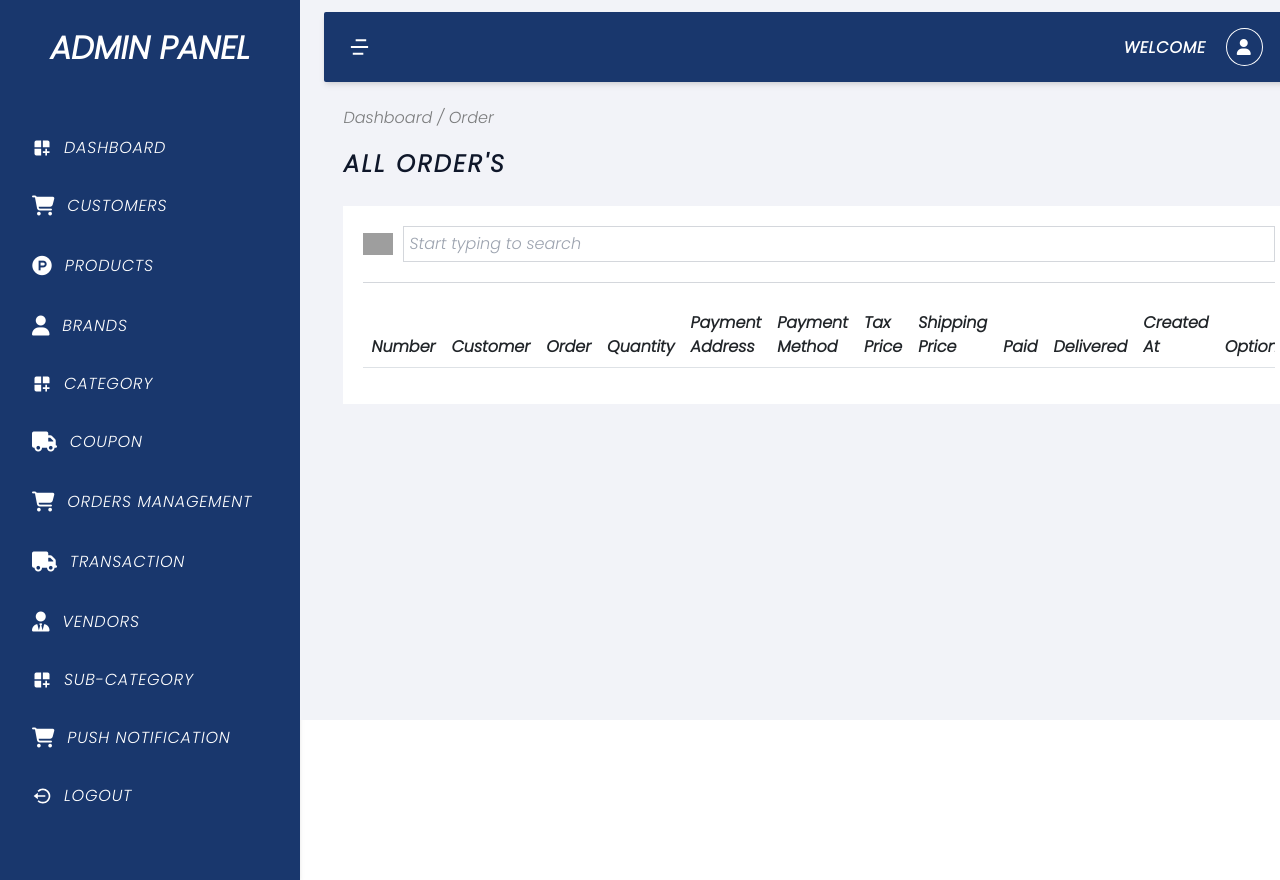
Repository: FlyweisReact/AnilAdminPanel
Page: /transation
The author's editor kept a copy of each file at every save. The page is drawn from the files as they stood at one save, then again after the next save.
The browser window is 1280 px wide. The pictures show the whole page.
Pictures or frames that could not be fetched are drawn as grey boxes. The page's requests for data from a server got no answer. Some web libraries are served in a nearby version. The project was rebuilt for these pictures with package versions that can differ from the ones it lists, and the page was loaded fresh each time. No one was signed in, and anything a server would have sent is missing. Also part of the build but not shown: src/E-CommerceAdmin/forms/Login.jsx, src/E-CommerceAdmin/pages/Dashboard.jsx, src/E-CommerceAdmin/pages/ECategory.js, src/E-CommerceAdmin/pages/EProduct.js, src/E-CommerceVendor/forms/EVendorLogin.jsx, src/E-CommerceAdmin/pages/EVendorList.js, src/E-CommerceAdmin/pages/EAdminOrders.js, src/E-CommerceAdmin/pages/EAdminProduct.js and 6 more. Imported but missing from the stored project, and not drawn on this page: src/E-CommerceVendor/pages/EVCategory, src/E-CommerceVendor/pages/EVDashboard, src/E-CommerceVendor/pages/EVOrders, src/E-CommerceVendor/pages/EVProduct, src/E-CommerceVendor/pages/EVSubCategory.

Above is the page before, as saved 2023-05-03 16:29:46.

After the next save:
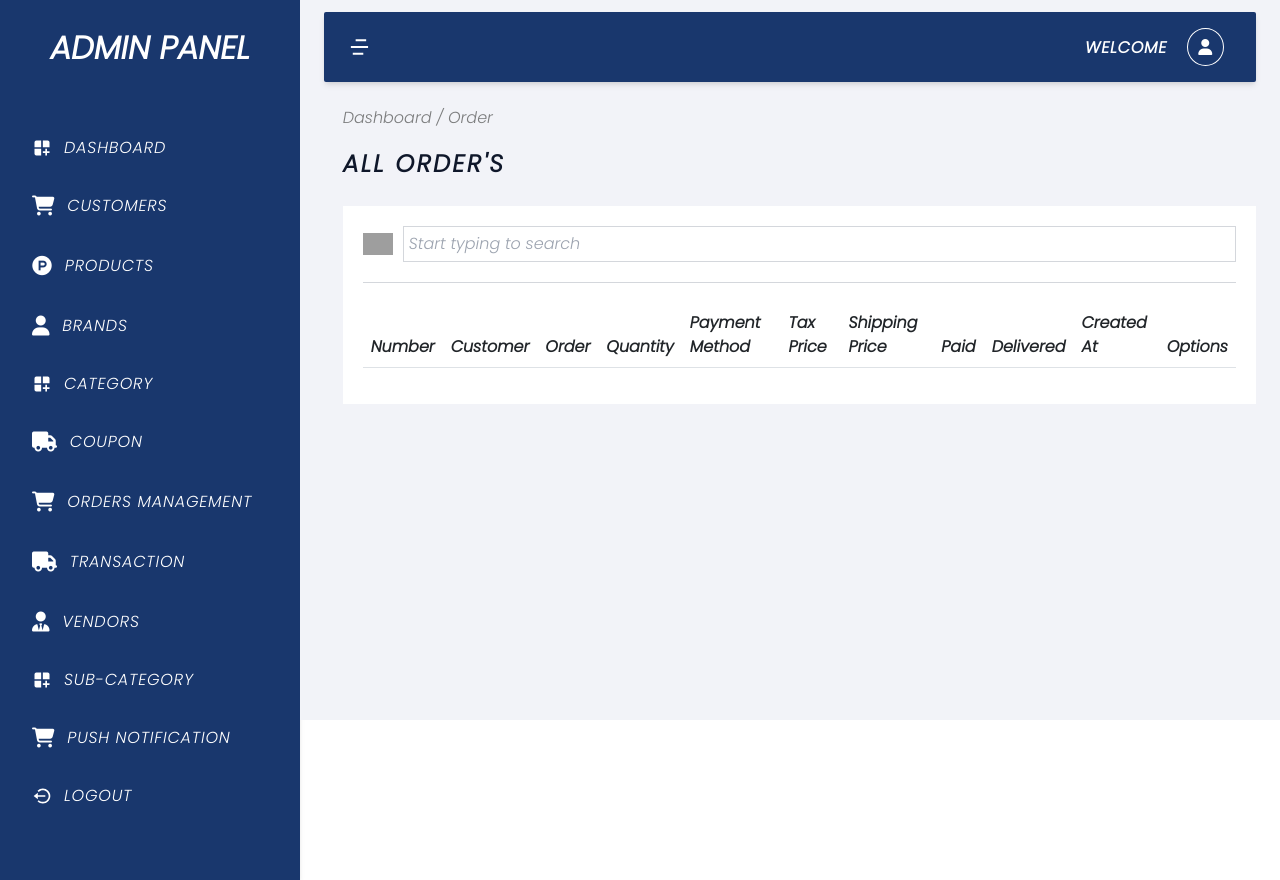
Saved 4 s later.
--- a/src/E-CommerceAdmin/pages/Transaction.js
+++ b/src/E-CommerceAdmin/pages/Transaction.js
@@ -56,7 +56,6 @@ const Transaction = () => {
                   <th>Customer</th>
                   <th>Order</th>
                   <th>Quantity</th>
-                  <th>Payment  Address</th>
                   <th>Payment Method</th>
                   <th>Tax Price</th>
                   <th> Shipping Price </th>
